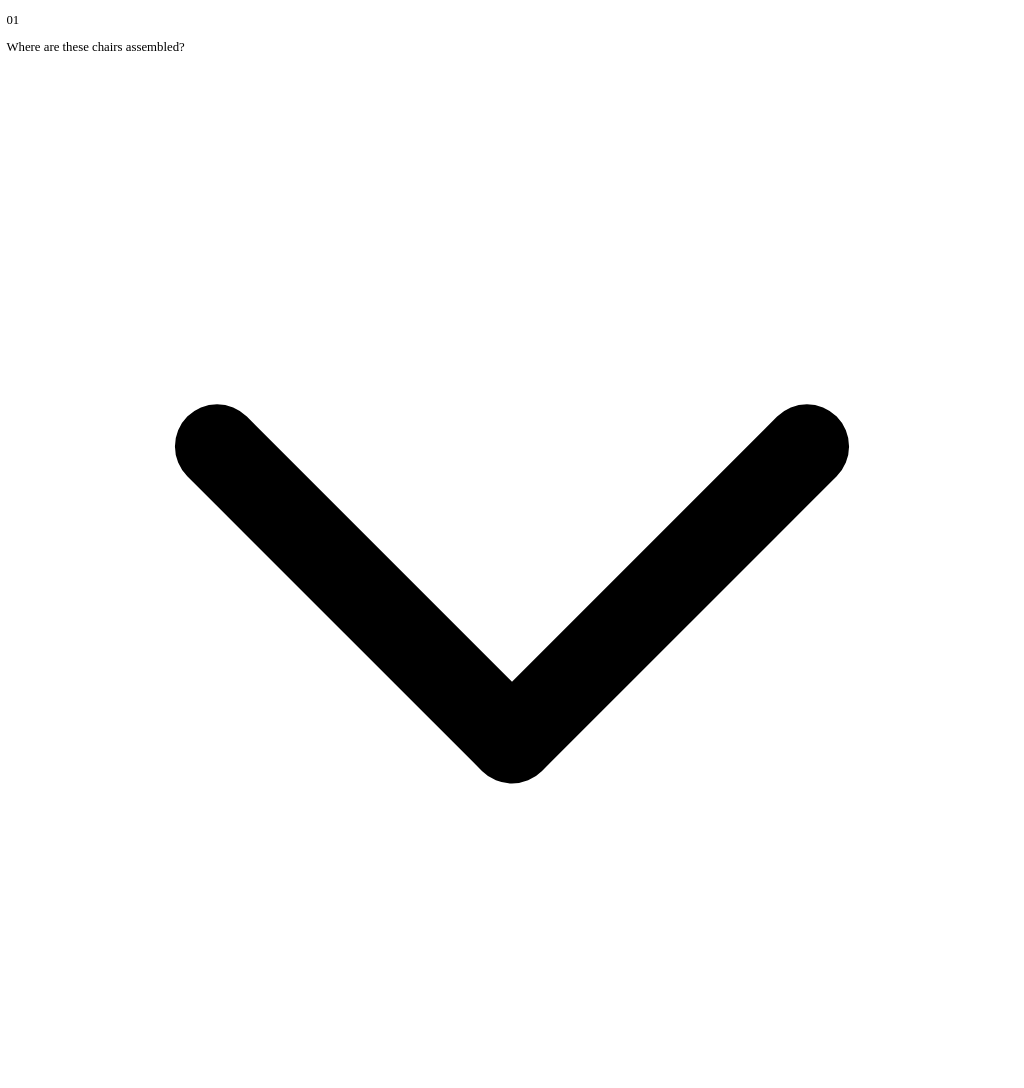
Repository: nghiakma/HTML-CSS-Fundamental
Page: Component_LayoutPatterns/accordion.html
These files come from the project's save history. The page is drawn as it stood at one moment and after the next save; the edit follows.
The browser window is 1280 px wide. The pictures show the whole page, at 80% of full size.

Above is the page before, as saved 2023-08-26 10:56:54.

After the next save:
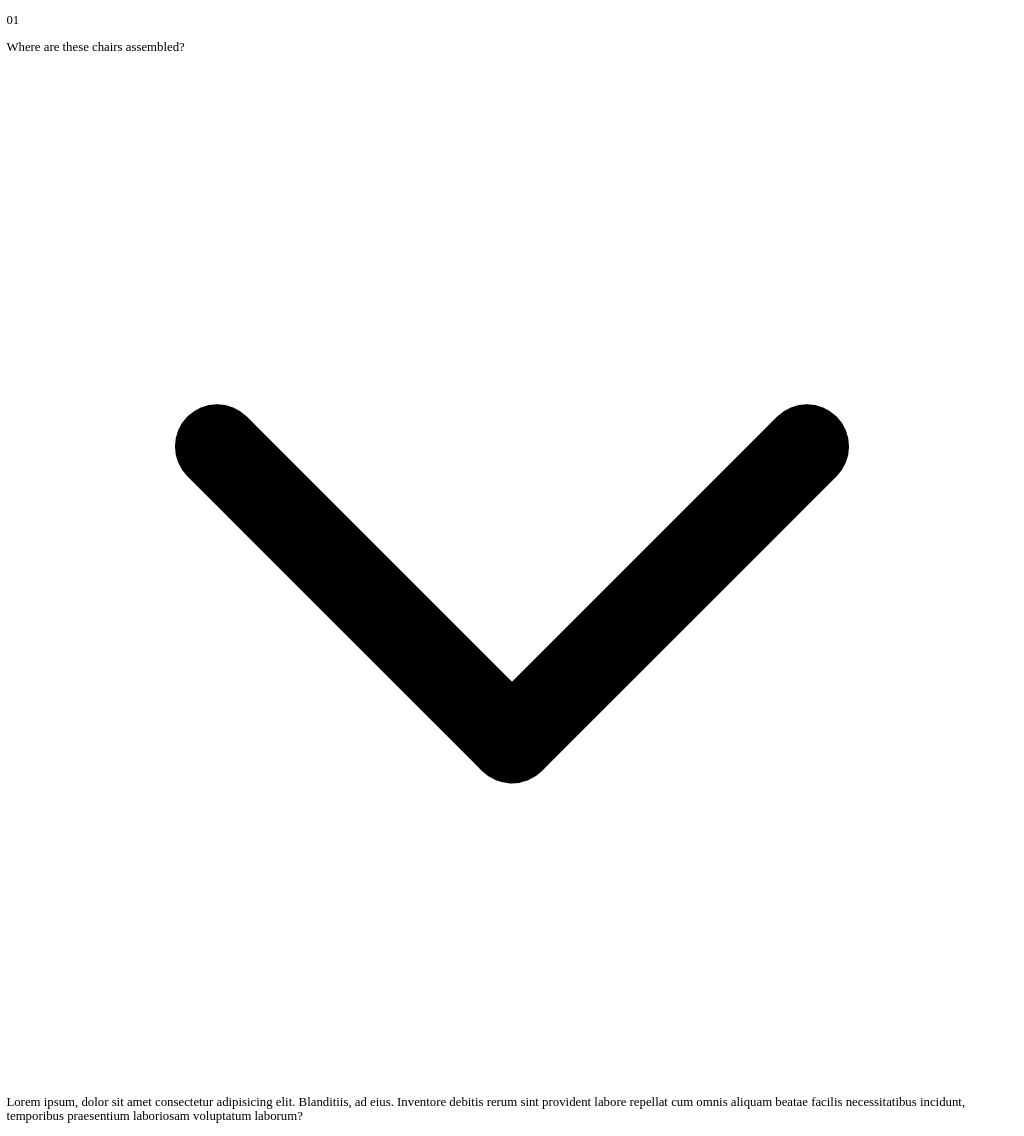
Saved 34 s later.
--- a/Component_LayoutPatterns/accordion.html
+++ b/Component_LayoutPatterns/accordion.html
@@ -21,6 +21,13 @@ co chuc nang de hien thi hay an noi dung-->
       <svg xmlns="http://www.w3.org/2000/svg" class="icon" fill="none" viewBox="0 0 24 24" stroke="currentColor">
         <path stroke-linecap="round" stroke-linejoin="round" stroke-width="2" d="M19 9l-7 7-7-7" />
       </svg>
+      <div class="hidden-box">
+        <p>
+          Lorem ipsum, dolor sit amet consectetur adipisicing elit. Blanditiis, ad eius. Inventore debitis rerum sint
+          provident labore repellat cum omnis aliquam beatae facilis necessitatibus incidunt, temporibus praesentium
+          laboriosam voluptatum laborum?
+        </p>
+      </div>
     </div>
   </div>
 </body>
